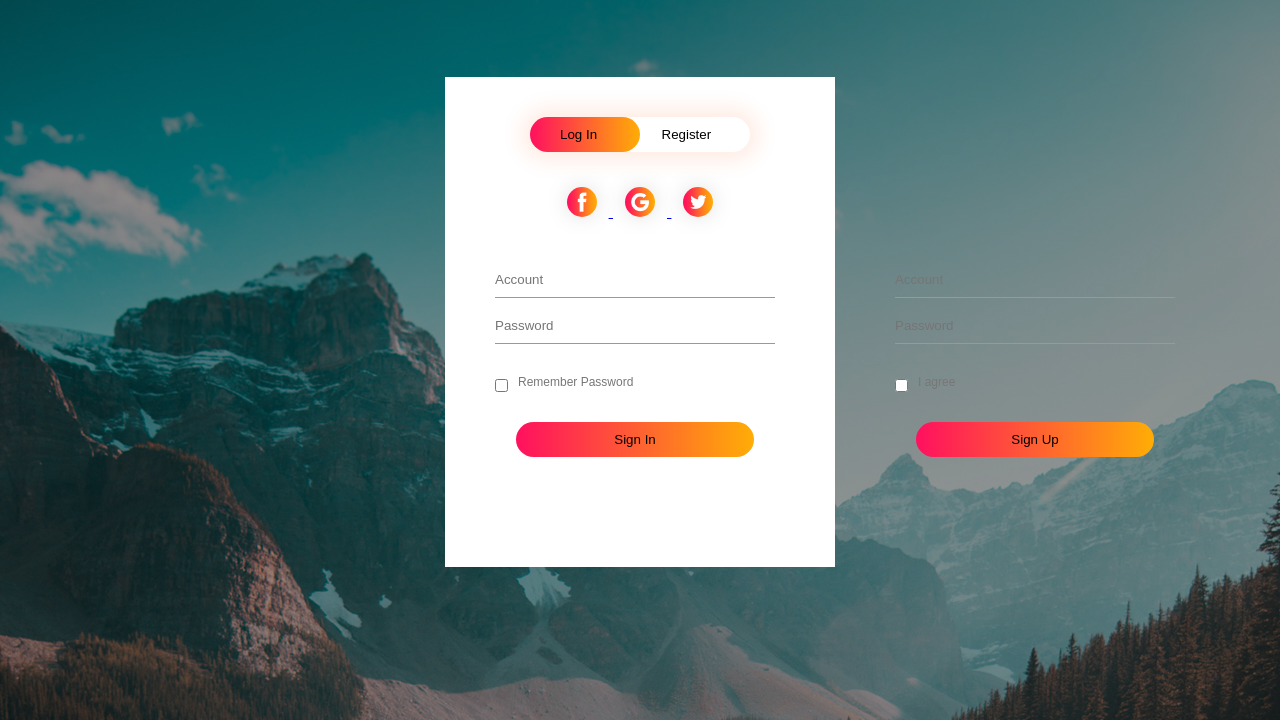
Repository: dung8466/Sign_in_page
Page: index.html
The author's editor kept a copy of each file at every save. The page is drawn from the files as they stood at one save, then again after the next save.
The browser window is 1280 px wide. The pictures show the whole page.

Above is the page before, as saved 2021-10-06 22:45:19.

After the next save:
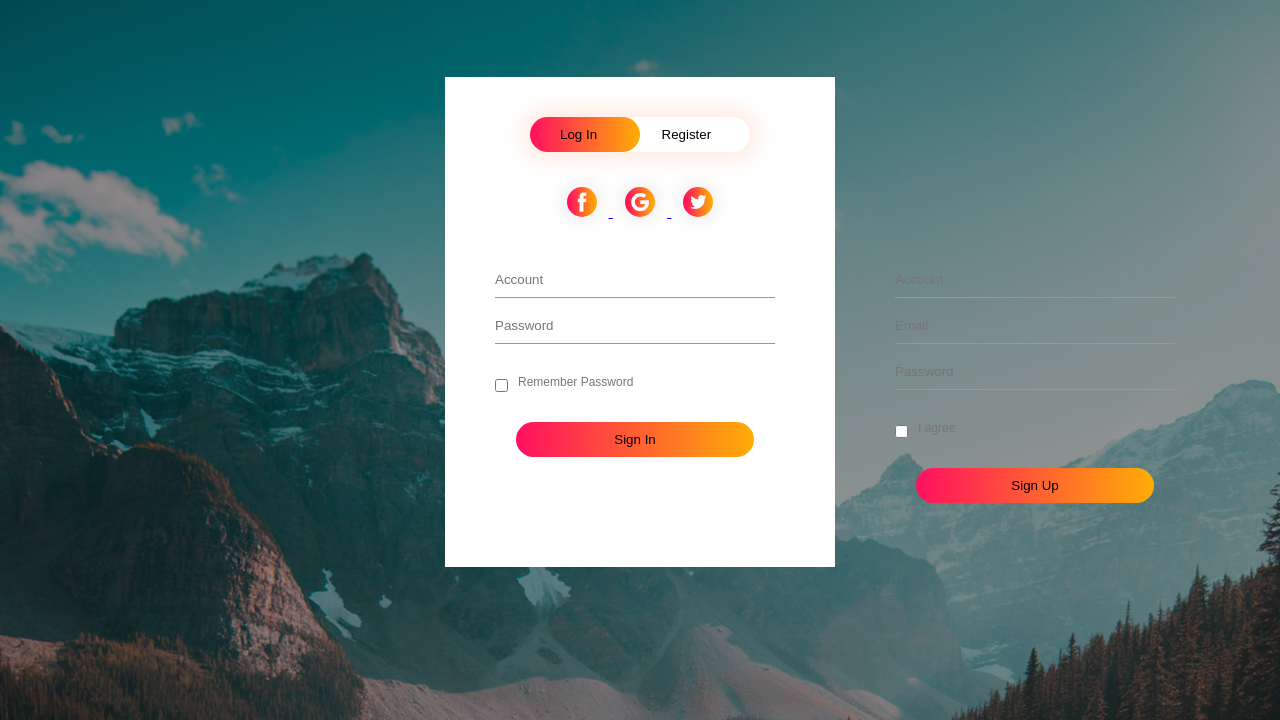
Saved 66 s later.
--- a/index.html
+++ b/index.html
@@ -13,8 +13,8 @@
         <div class="sign-in-form">
             <div class="button-box">
                 <div id="btn"></div>
-                <button type="button" class="toggle-btn">Log In</button>
-                <button type="button" class="toggle-btn">Register</button>
+                <button type="button" class="toggle-btn" onclick="signin()">Log In</button>
+                <button type="button" class="toggle-btn" onclick="register()">Register</button>
             </div>
             <div class="social-icon">
                 <a href="https://www.facebook.com/">
@@ -35,6 +35,7 @@
             </form>
             <form id="register" class="int-grp">
                 <input type="text" class="input-filed" placeholder="Account" required>
+                <input type="eamil" class="input-filed" placeholder="Email" required>
                 <input type="text" class="input-filed" placeholder="Password" required>
                 <input type="checkbox" class="checkbox"><span>I agree</span>
                 <button type="submit" class="sign-in">Sign Up</button>
